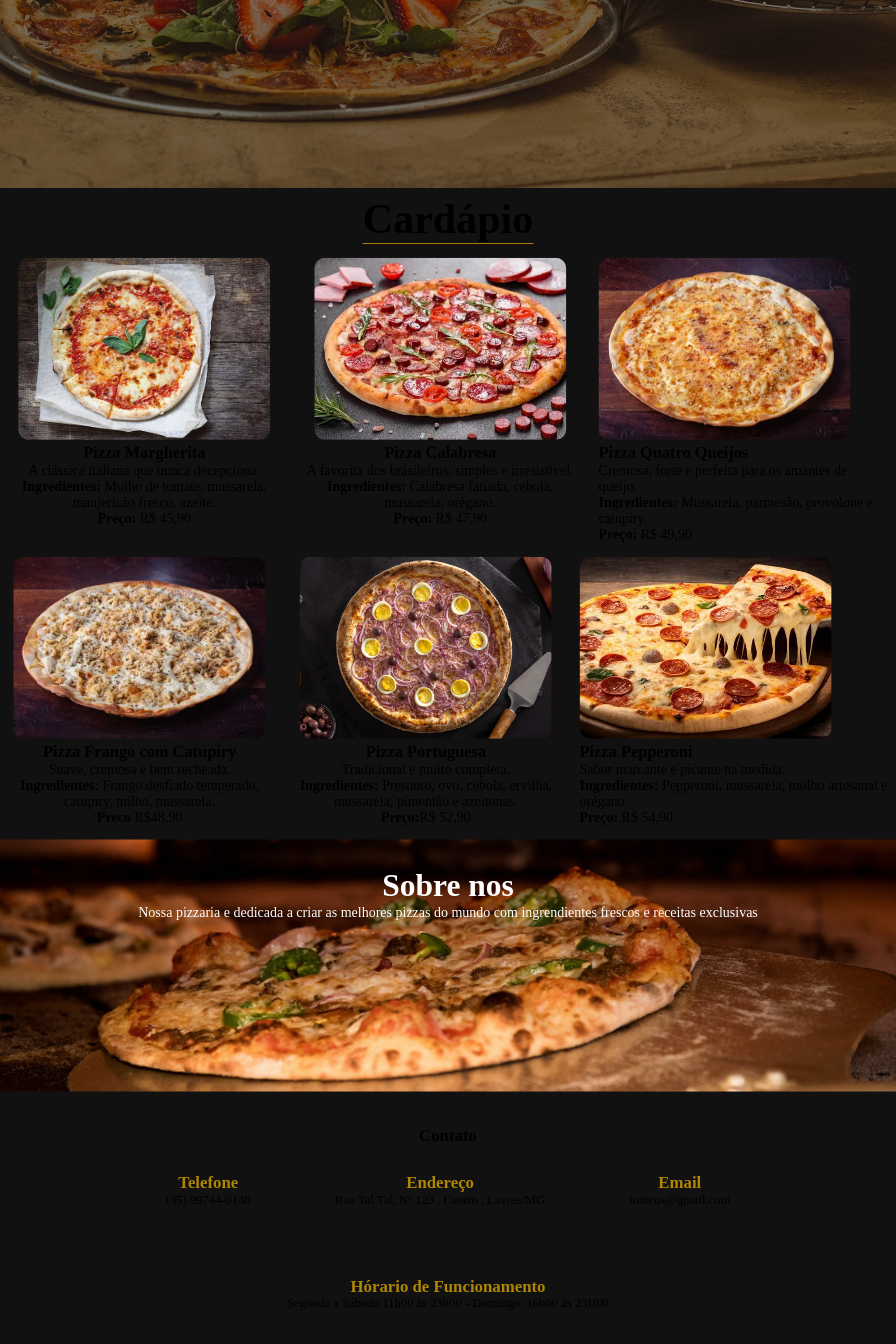
Repository: Mateushlp/landing-page-pizza
Page: index.html
An editor plug-in stored every save of this project. The page is shown before and after a run of saves, followed by the edit.
The browser window is 1280 px wide. The pictures show the part of the page from y = 716 to 2636 px (the page is 2788 px tall), at 70% of full size.

Above is the page before, as saved 2026-05-03 11:06:42.

After the next 2 saves:
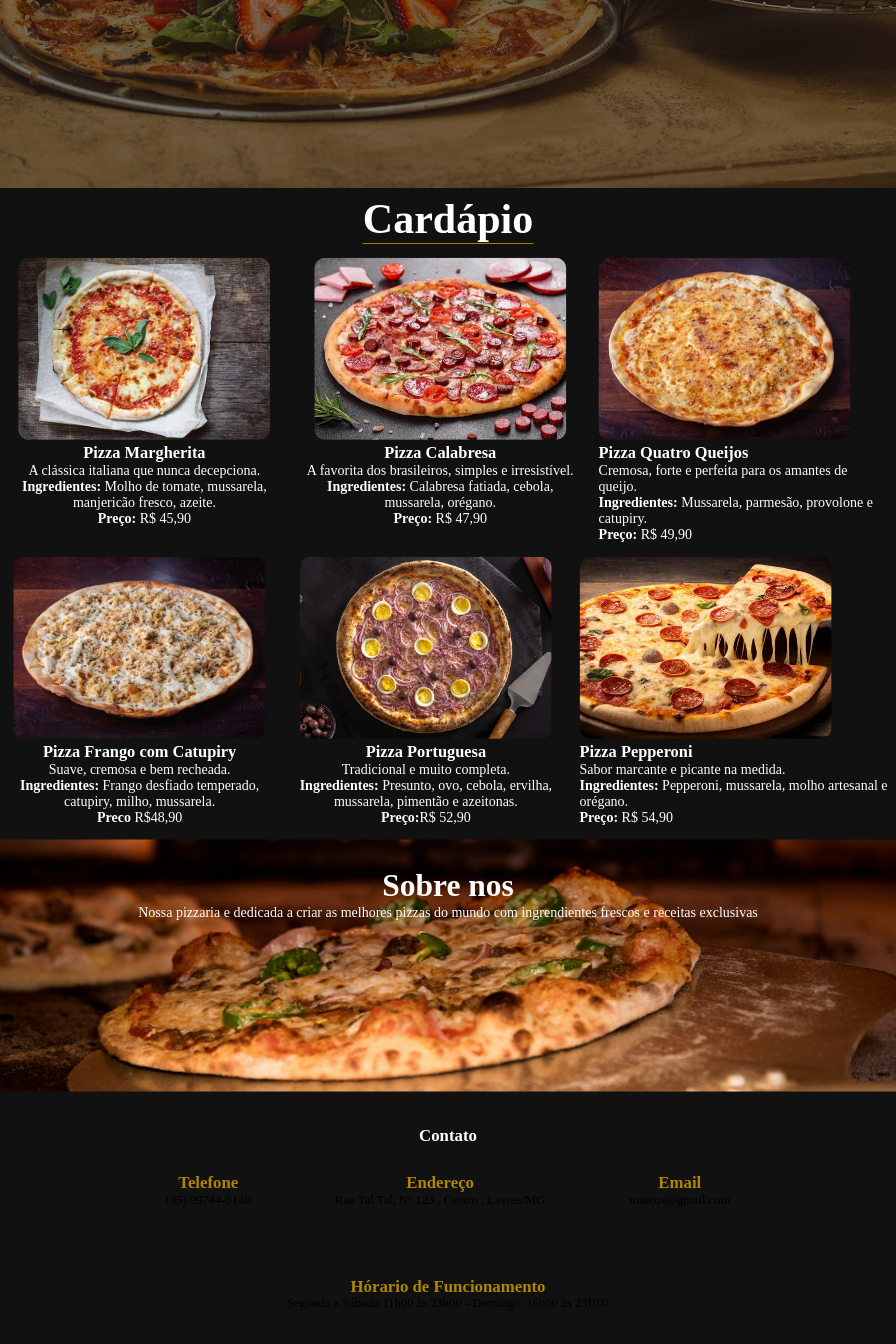
The 2 saves are shown as one change because they came seconds apart.
The last was saved 56 s later.
--- a/style.css
+++ b/style.css
@@ -5,7 +5,7 @@
 }
 body{
     background-color: #111;
-    text-color:
+    color:#fff;
 }
 
 nav ul {
